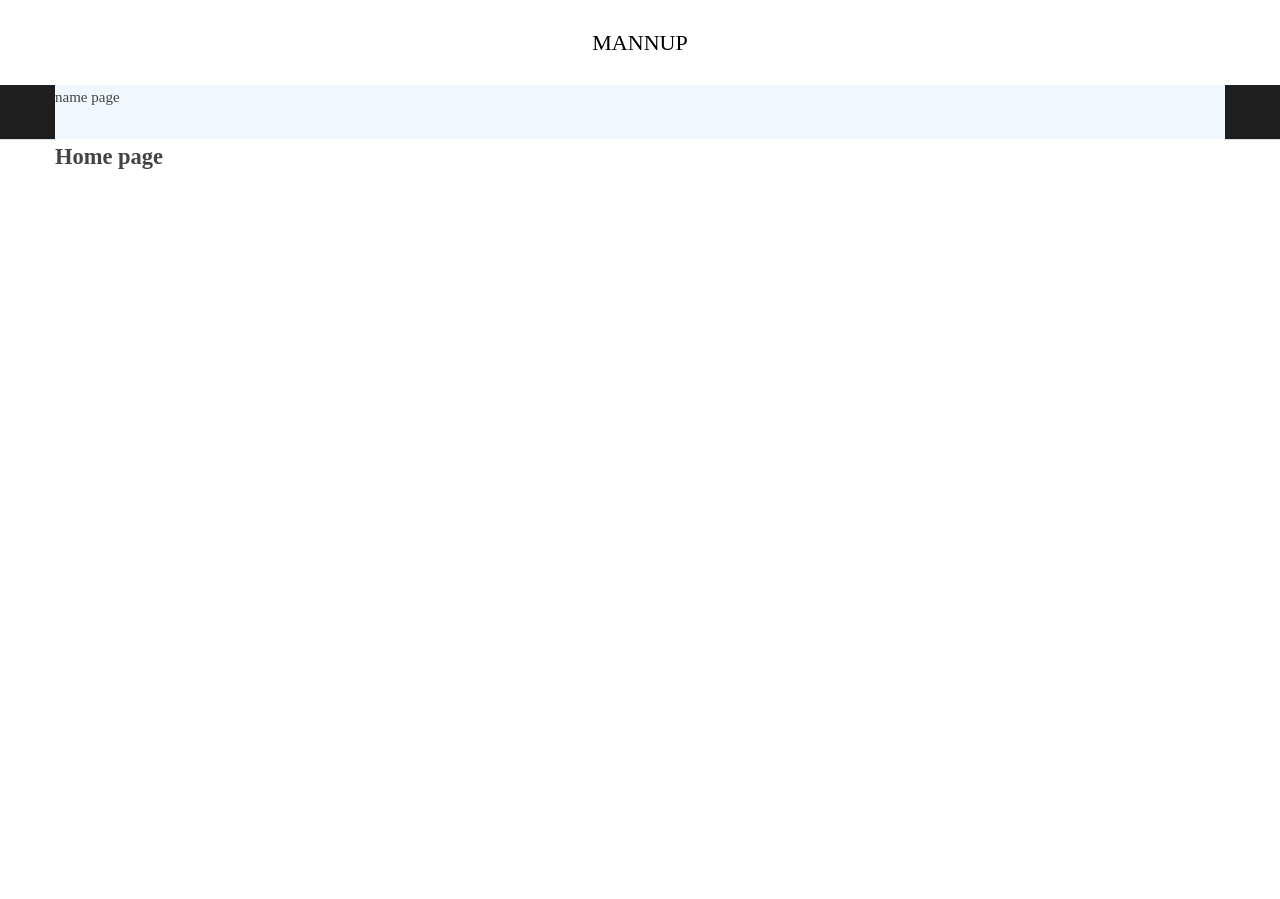
Repository: SyLe-Van/Make-Colorful
Page: /
These files come from the project's save history. The page is drawn as it stood at one moment and after the next save; the edit follows.
The browser window is 1280 px wide. The pictures show the whole page.
Some web fonts or font styles are not loaded; a fallback is used. The project was rebuilt for these pictures with package versions that can differ from the ones it lists, and the page was loaded fresh each time. Also part of the build but not shown: src/pages/cinema/index.js, src/pages/fashion/index.js, src/pages/grooming/index.js, src/pages/lifestyle/index.js, src/pages/contact/index.js.

Above is the page before, as saved 2023-10-10 21:58:29.

### src/index.js
import React from 'react';
import ReactDOM from 'react-dom/client';
import App from '~/App';
import reportWebVitals from './reportWebVitals';
import GlobalStyles from '~/components/GlobalStyles';
const root = ReactDOM.createRoot(document.getElementById('root'));
root.render(
    <React.StrictMode>
        <GlobalStyles>
            <App />
        </GlobalStyles>
    </React.StrictMode>,
);

// If you want to start measuring performance in your app, pass a function
// to log results (for example: reportWebVitals(console.log))
// or send to an analytics endpoint. Learn more: https://bit.ly/CRA-vitals
reportWebVitals();

### src/App.js
import { BrowserRouter as Router, Routes, Route } from 'react-router-dom';
import Home from '~/pages/home';
import Cinema from '~/pages/cinema';
import Fashion from '~/pages/fashion';
import Grooming from '~/pages/grooming';
import LifeStyle from '~/pages/lifestyle';
import { publicRoutes } from './routes';
import { Component } from 'react';
import { DefaultLayout } from '~/components/Layout';
import { Fragment } from 'react';
function App() {
    return (
        <Router>
            <div className="App">
                <Routes>
                    {publicRoutes.map((route, index) => {
                        const Layout = route.layout === null ? Fragment : DefaultLayout;
                        const Page = route.component;
                        return (
                            <Route
                                key={index}
                                path={route.path}
                                element={
                                    <Layout>
                                        <Page />
                                    </Layout>
                                }
                            />
                        );
                    })}
                </Routes>
            </div>
        </Router>
    );
}

export default App;

### src/routes/index.js
import Home from '~/pages/home';
import Cinema from '~/pages/cinema';
import Fashion from '~/pages/fashion';
import Grooming from '~/pages/grooming';
import LifeStyle from '~/pages/lifestyle';
import Contact from '~/pages/contact';
// dont need login to view
const publicRoutes = [
    { path: '/', component: Home },
    { path: '/cinema', component: Cinema },
    { path: '/fashion', component: Fashion },
    { path: '/grooming', component: Grooming },
    { path: '/lifestyle', component: LifeStyle },
    { path: '/contact', component: Contact, layout: null },
];

const privateRoutes = [];

export { publicRoutes, privateRoutes };

### src/components/GlobalStyles/GlobalStyles.scss
@import 'normalize.css';
@import url('https:; //fonts.googleapis.com/css2?family=Lato:ital,wght@0,400;0,700;1,400;1,700&family=Montserrat:ital,wght@0,400;0,700;1,400;1,700&family=Playfair+Display&family=Poppins:wght@300;400;600;700&display=swap');

:root {
    --primary: #f6f6f6;
}

* {
    box-sizing: border-box;
    margin: 0;
    padding: 0;
}
html {
    font-size: 40px;
}
body {
    font-family: 'Playfair Display', serif;
    line-height: 1.6;
    color: #444;
    font-size: 15px;
    text-rendering: optimizeSpeed;
}

### src/components/Layout/DefaultLayout/index.js
import Header from './Header';
import classNames from 'classnames/bind';
import styles from './DefaultLayout.module.scss';
import Sidebar from './Sidebar';

const cx = classNames.bind(styles);
function DefaultLayout({ children }) {
    return (
        <div className={cx('wrapper')}>
            <Header />
            <Sidebar />
            <div className={cx('container')}>
                <div className={cx('contain')}>{children}</div>
            </div>
        </div>
    );
}

export default DefaultLayout;

### src/components/Layout/DefaultLayout/Header/index.js
import styles from './Header.module.scss';
import classNames from 'classnames/bind';

const cx = classNames.bind(styles);

function Header() {
    return (
        <header className={cx('wrapper')}>
            <div className={cx('inner')}>MANNUP</div>
        </header>
    );
}

export default Header;

### src/components/Layout/DefaultLayout/DefaultLayout.module.scss
.wrapper {
    display: flex;
    flex-direction: column;
    align-items: center;
}
.container {
    width: 1170px;
    height: 760px;
    background-color: #ffffff;
}

### src/components/Layout/DefaultLayout/Sidebar/index.js
import styles from './Sidebar.module.scss';
import classNames from 'classnames/bind';

const cx = classNames.bind(styles);

function Sidebar() {
    return (
        <aside className={cx('wrapper')}>
            <div className={cx('container')}>
                <div className={cx('content')}>name page</div>
            </div>
        </aside>
    );
}

export default Sidebar;

### src/components/Layout/DefaultLayout/Header/Header.module.scss
.wrapper {
    height: 85px;
    width: 100%;
    box-shadow: 0px 1px 1px rgb(0 0 0 / 12%);
}
.inner {
    color: #000000;
    font-size: 22px;
    display: flex;
    justify-content: center;
    padding-top: 25px;
}

### src/components/Layout/DefaultLayout/Sidebar/Sidebar.module.scss
.wrapper {
    height: 54px;
    width: 100%;
    box-shadow: 0px 1px 1px rgb(0 0 0 / 12%);
    display: flex;
    justify-content: center;
    background-color: #1e1e1e;
}

.container {
    width: 1170px;
    display: flex;
    background-color: #ffffff;
}

.content {
    flex: 1;
    background-color: aliceblue;
}

Loaded but not shown: public/index.html (common file); src/reportWebVitals.js (common file); src/components/GlobalStyles/index.js (common file); src/pages/home/index.js (common file); src/components/Layout/index.js (common file)

After the next save:
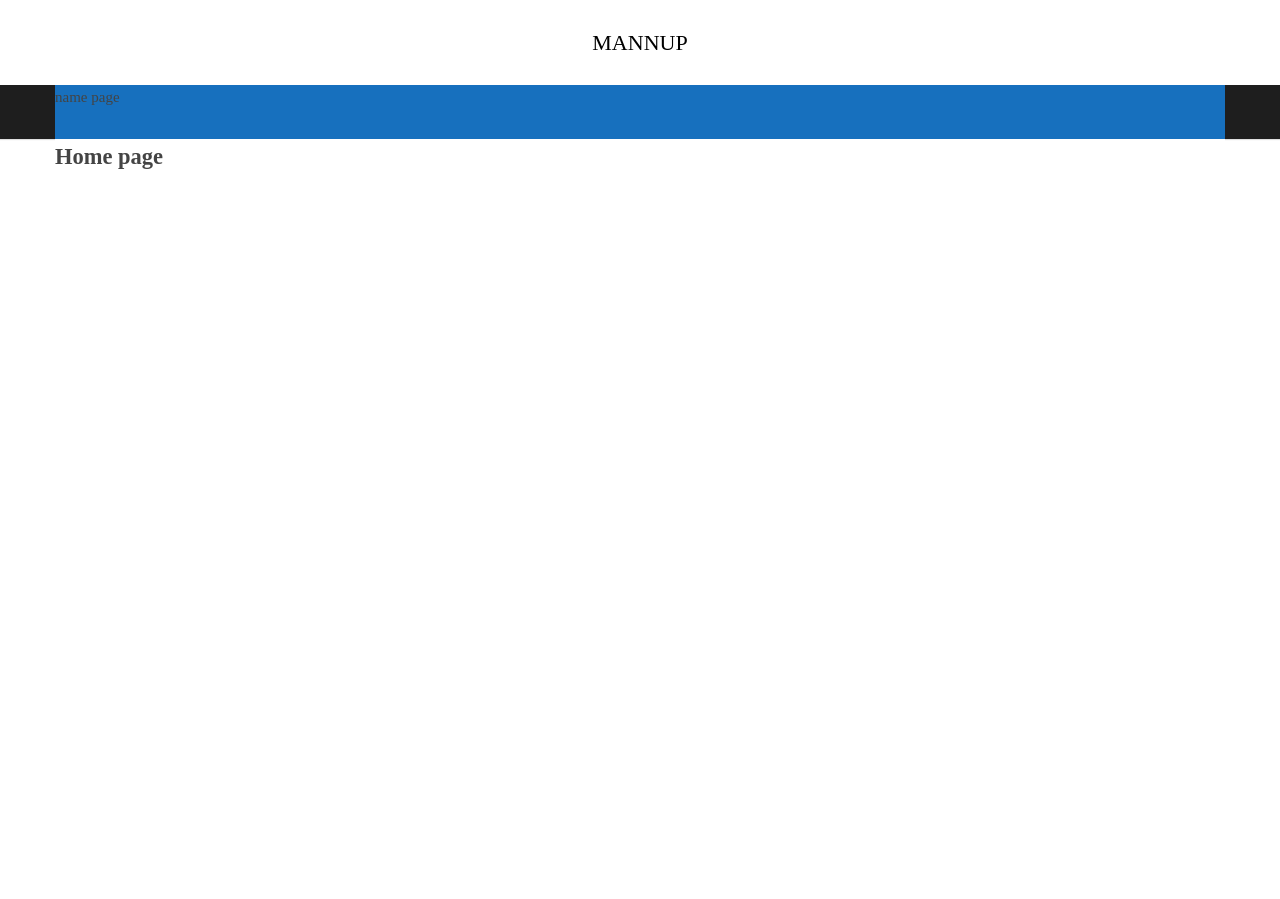
Saved 9 s later.
--- a/src/components/Layout/DefaultLayout/Sidebar/Sidebar.module.scss
+++ b/src/components/Layout/DefaultLayout/Sidebar/Sidebar.module.scss
@@ -15,5 +15,5 @@
 
 .content {
     flex: 1;
-    background-color: aliceblue;
+    background-color: rgb(23, 112, 190);
 }
